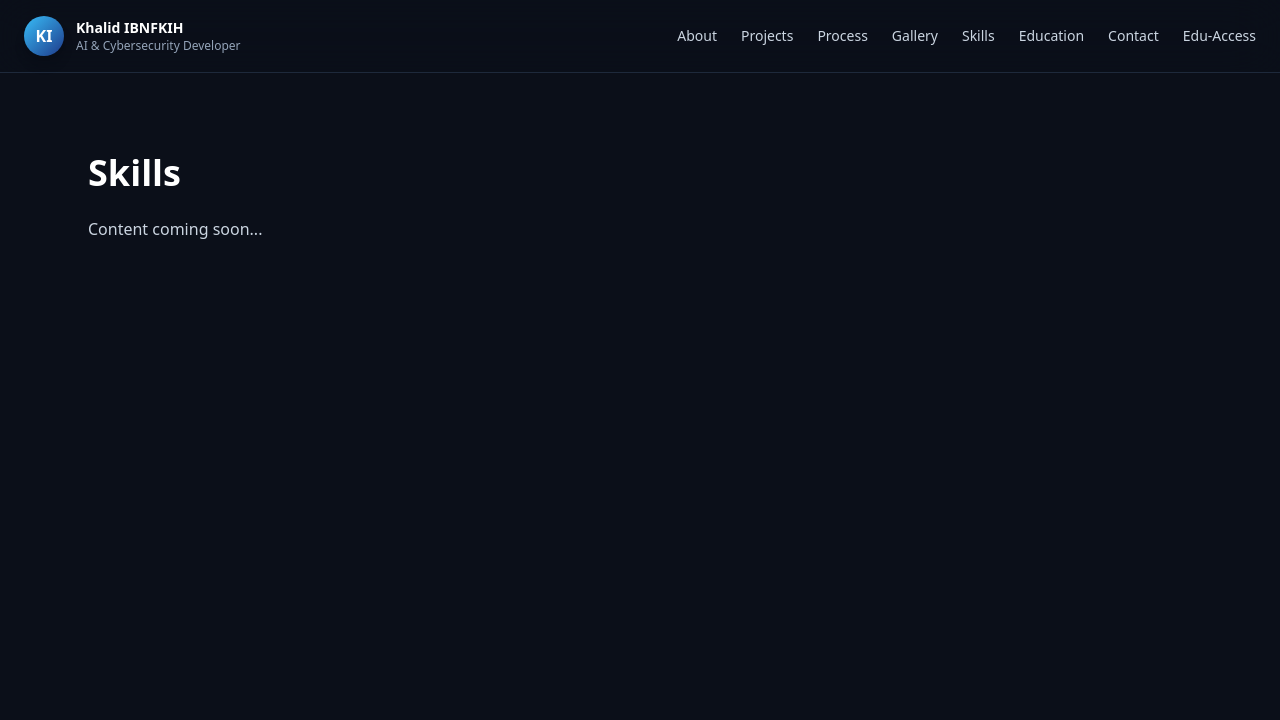
Repository: IBNKHALID06/KhalidAlxPortfolio
Page: /skills
The author's editor kept a copy of each file at every save. The page is drawn from the files as they stood at one save, then again after the next save.
The browser window is 1280 px wide. The pictures show the whole page.
The project was rebuilt for these pictures with package versions that can differ from the ones it lists, and the page was loaded fresh each time. Also part of the build but not shown: vite.config.js, src/pages/About.tsx, src/components/ProjectCard.tsx, src/pages/Projects.tsx, src/pages/Process.tsx, src/pages/Gallery.tsx, src/pages/Education.tsx, src/pages/Contact.tsx and 1 more.

Above is the page before, as saved 2025-11-30 20:13:06.

After the next save:
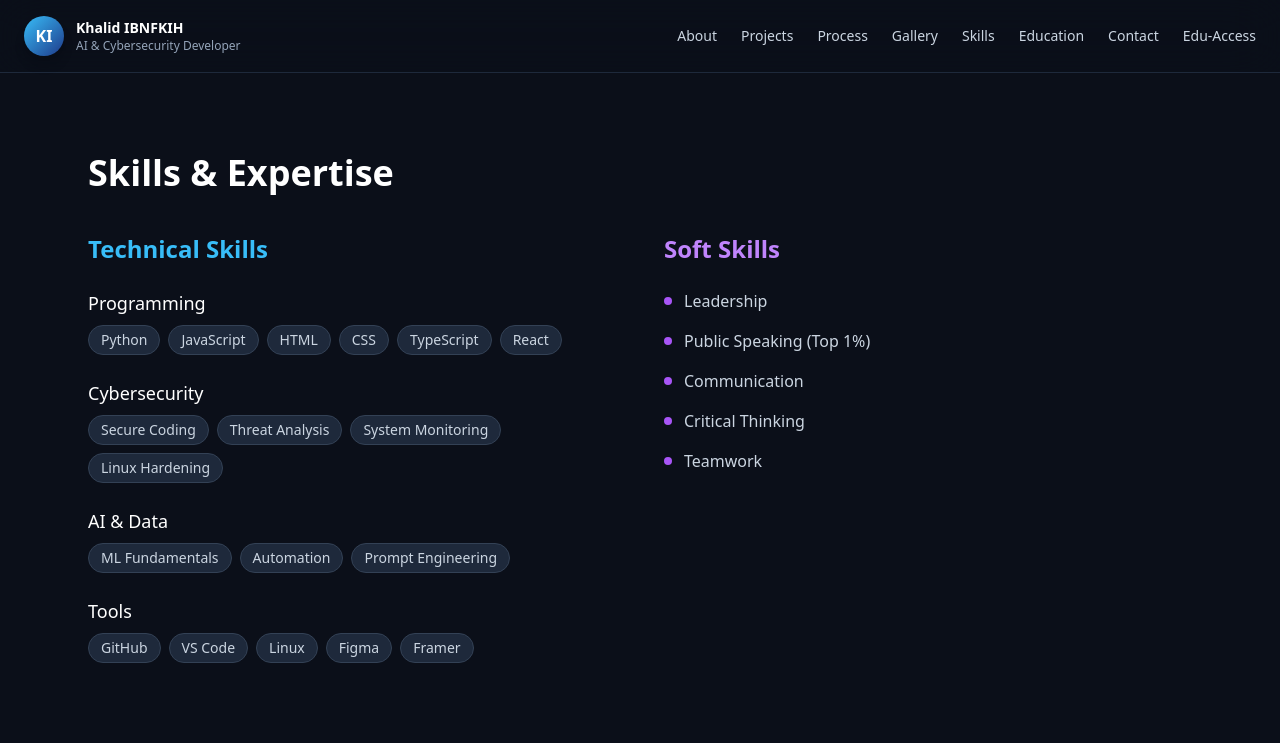
Saved 2 s later.
--- a/src/pages/Skills.tsx
+++ b/src/pages/Skills.tsx
@@ -3,8 +3,76 @@ import Page from "../components/Page";
 export default function Skills() {
   return (
     <Page>
-      <h2 className="text-4xl font-bold mb-6">Skills</h2>
-      <p className="text-slate-300">Content coming soon...</p>
+      <h2 className="text-4xl font-bold mb-10">Skills & Expertise</h2>
+
+      <div className="grid md:grid-cols-2 gap-12">
+        <div>
+          <h3 className="text-2xl font-semibold text-sky-400 mb-6">Technical Skills</h3>
+          <div className="space-y-6">
+            <div>
+              <h4 className="text-lg font-medium text-white mb-2">Programming</h4>
+              <div className="flex flex-wrap gap-2">
+                {["Python", "JavaScript", "HTML", "CSS", "TypeScript", "React"].map(skill => (
+                  <span key={skill} className="px-3 py-1 bg-slate-800 rounded-full text-sm text-slate-300 border border-slate-700">{skill}</span>
+                ))}
+              </div>
+            </div>
+
+            <div>
+              <h4 className="text-lg font-medium text-white mb-2">Cybersecurity</h4>
+              <div className="flex flex-wrap gap-2">
+                {["Secure Coding", "Threat Analysis", "System Monitoring", "Linux Hardening"].map(skill => (
+                  <span key={skill} className="px-3 py-1 bg-slate-800 rounded-full text-sm text-slate-300 border border-slate-700">{skill}</span>
+                ))}
+              </div>
+            </div>
+
+            <div>
+              <h4 className="text-lg font-medium text-white mb-2">AI & Data</h4>
+              <div className="flex flex-wrap gap-2">
+                {["ML Fundamentals", "Automation", "Prompt Engineering"].map(skill => (
+                  <span key={skill} className="px-3 py-1 bg-slate-800 rounded-full text-sm text-slate-300 border border-slate-700">{skill}</span>
+                ))}
+              </div>
+            </div>
+
+            <div>
+              <h4 className="text-lg font-medium text-white mb-2">Tools</h4>
+              <div className="flex flex-wrap gap-2">
+                {["GitHub", "VS Code", "Linux", "Figma", "Framer"].map(skill => (
+                  <span key={skill} className="px-3 py-1 bg-slate-800 rounded-full text-sm text-slate-300 border border-slate-700">{skill}</span>
+                ))}
+              </div>
+            </div>
+          </div>
+        </div>
+
+        <div>
+          <h3 className="text-2xl font-semibold text-purple-400 mb-6">Soft Skills</h3>
+          <ul className="space-y-4">
+            <li className="flex items-center gap-3 text-slate-300">
+              <span className="w-2 h-2 bg-purple-500 rounded-full"></span>
+              Leadership
+            </li>
+            <li className="flex items-center gap-3 text-slate-300">
+              <span className="w-2 h-2 bg-purple-500 rounded-full"></span>
+              Public Speaking (Top 1%)
+            </li>
+            <li className="flex items-center gap-3 text-slate-300">
+              <span className="w-2 h-2 bg-purple-500 rounded-full"></span>
+              Communication
+            </li>
+            <li className="flex items-center gap-3 text-slate-300">
+              <span className="w-2 h-2 bg-purple-500 rounded-full"></span>
+              Critical Thinking
+            </li>
+            <li className="flex items-center gap-3 text-slate-300">
+              <span className="w-2 h-2 bg-purple-500 rounded-full"></span>
+              Teamwork
+            </li>
+          </ul>
+        </div>
+      </div>
     </Page>
   );
 }
